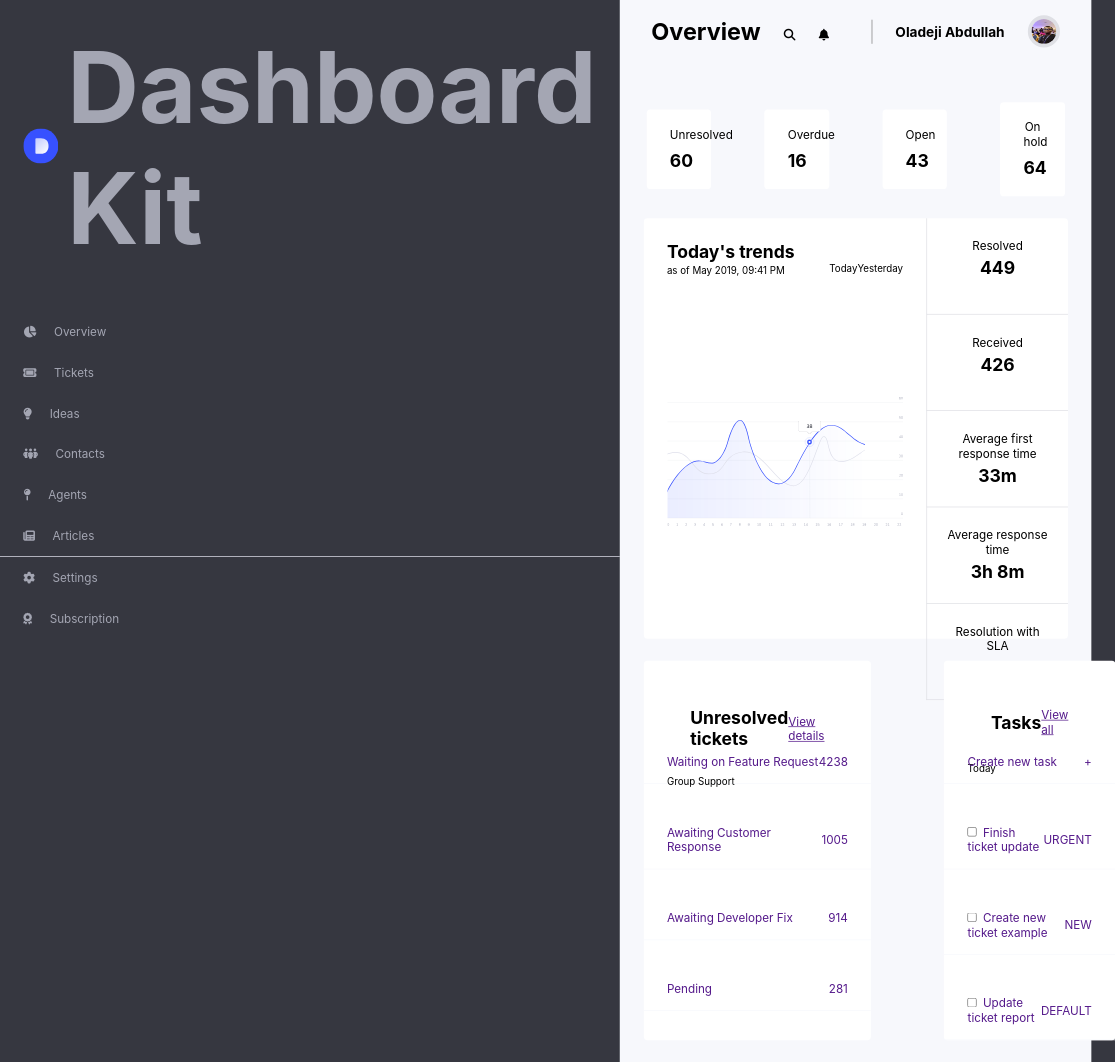
Repository: BuduCE/dashboard
Page: /
The author's editor kept a copy of each file at every save. The page is drawn from the files as they stood at one save, then again after the next save.
The browser window is 1280 px wide. The page is 1528 px wide, then 1280 px, so the pictures cover 1528 px, including what lies to the right of the window. The pictures show the whole page, at 73% of full size.
Some web libraries are served in a nearby version. The project was rebuilt for these pictures with package versions that can differ from the ones it lists, and the page was loaded fresh each time. Also part of the build but not shown: src/pages/Tickets/index.jsx.

Above is the page before, as saved 2022-08-06 00:09:53.

After the next save:
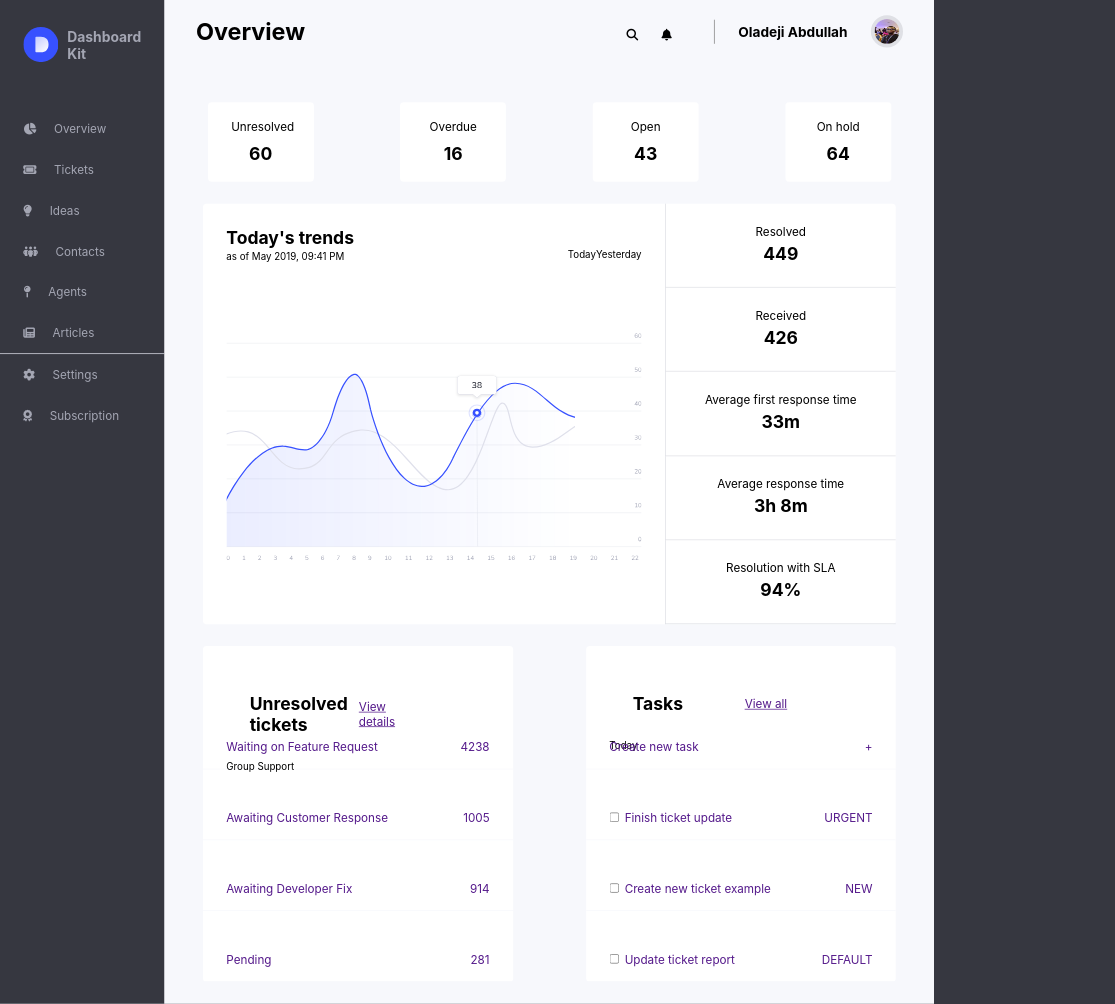
Saved 30 s later.
--- a/src/components/common/SideNav/styles.css
+++ b/src/components/common/SideNav/styles.css
@@ -14,7 +14,7 @@
 }
 .logo h1{
     margin-left: 12px;
-    font-size: 8.5rem;
+    font-size: 19px;
 }
 .heading{
     width: 100%;
